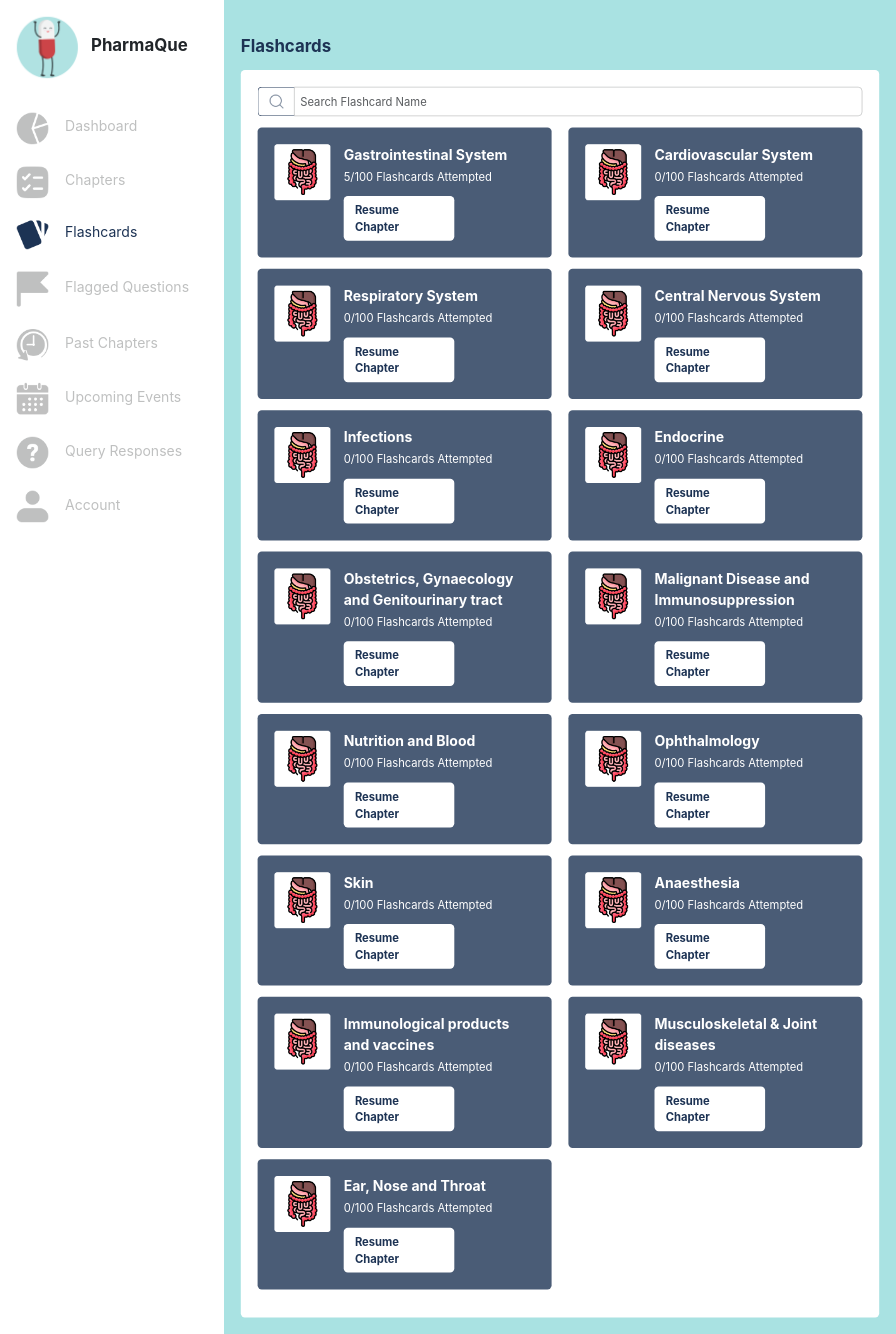
Repository: Kronium345/new_pharmaque_web_app
Page: /flashcards
An editor plug-in stored every save of this project. The page is shown before and after the next save, followed by the edit.
The browser window is 1280 px wide. The pictures show the whole page, at 70% of full size.
The page's requests for data from a server got no answer. The project was rebuilt for these pictures with package versions that can differ from the ones it lists, and the page was loaded fresh each time. No one was signed in, and anything a server would have sent is missing. Also part of the build but not shown: src/pages/Login.js, src/pages/MyAccount.js, src/pages/UpcomingEvents.js, src/pages/UpcomingEvents2.js, src/pages/Chapters.js, src/pages/Dashboard.js, src/pages/FlaggedQuestions.js, src/pages/FlashcardQuestion.js and 34 more.

Above is the page before, as saved 2024-03-10 22:53:26.

After the next save:
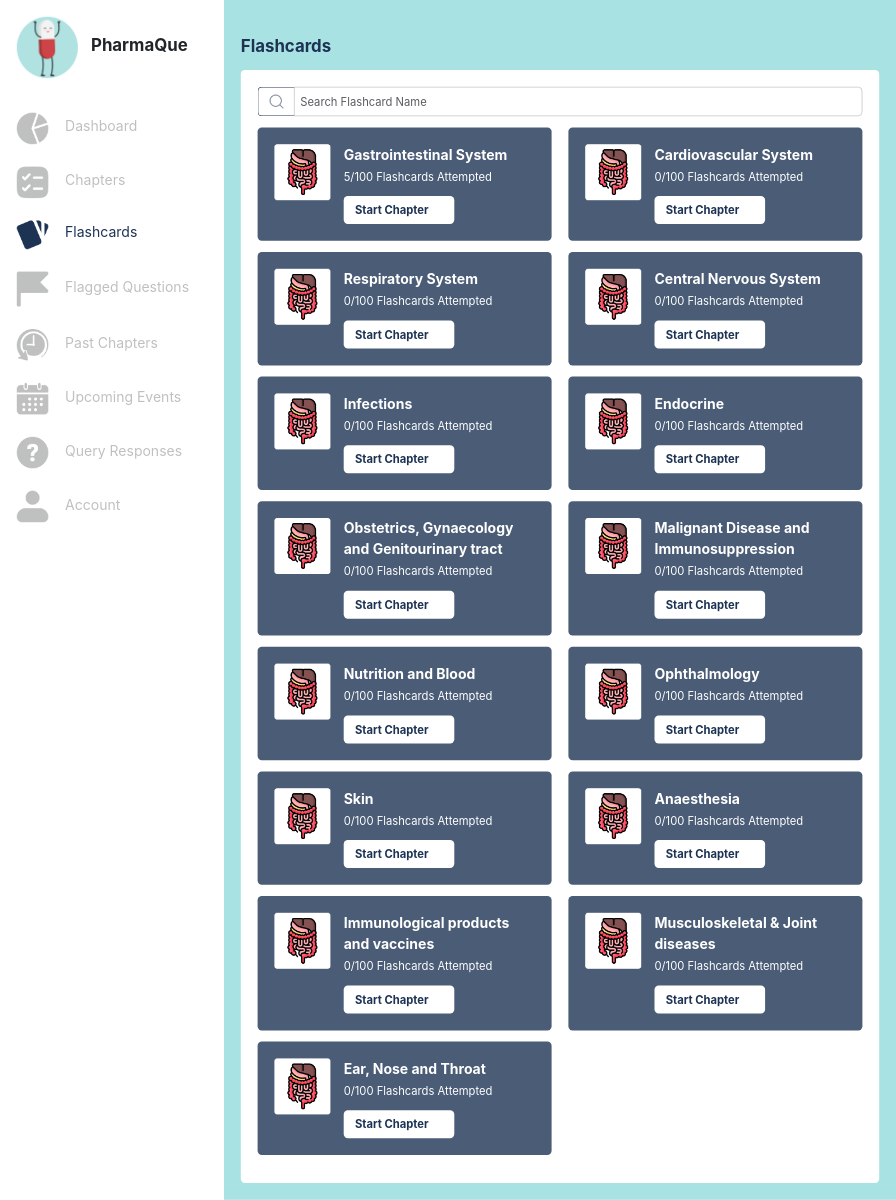
Saved 6 s later.
--- a/src/pages/Flashcards.js
+++ b/src/pages/Flashcards.js
@@ -155,7 +155,7 @@ const Flashcards = () => {
                                   class="removeunderline boldtext navybluetext fw-bold"
                                 >
                                   <div class="px-3 py-2 whitebg pseudobutton">
-                                    Resume Chapter
+                                    Start Chapter
                                   </div>
                                 </Link>
                               </div>
